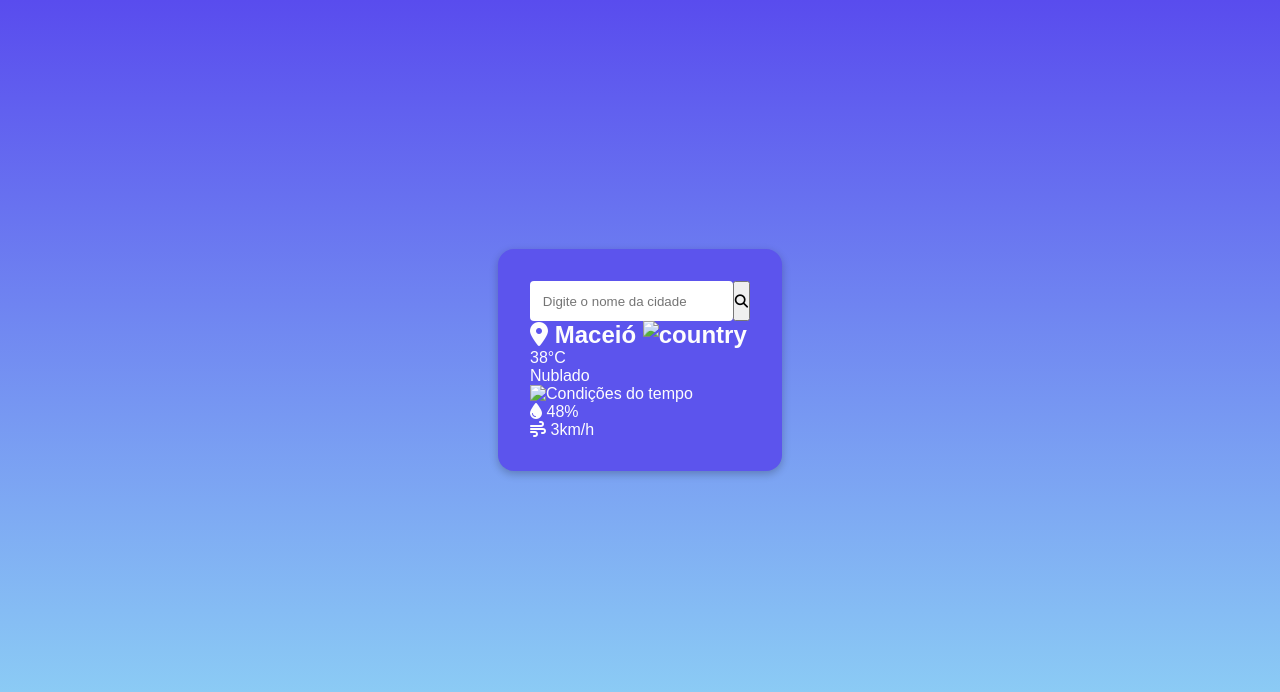
Repository: eziocdl/Weather--API
Page: index.html
The author's editor kept a copy of each file at every save. The page is drawn from the files as they stood at one save, then again after the next save.
The browser window is 1280 px wide. The pictures show the whole page.

Above is the page before, as saved 2023-06-19 15:52:28.

After the next save:
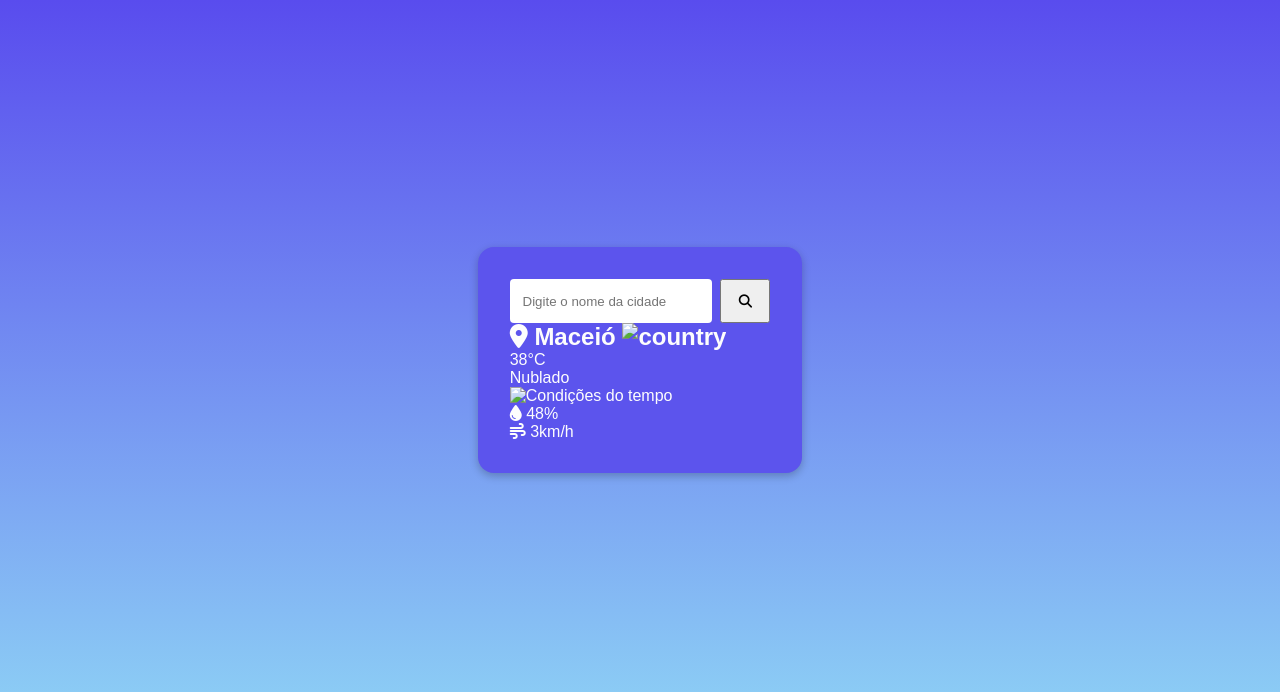
Saved 75 s later.
--- a/css/styles.css
+++ b/css/styles.css
@@ -40,3 +40,9 @@ body {
     flex: 1;
     border-radius: 4px;
 }
+
+.form button {
+    padding: 0.8rem;
+    min-width: 50px;
+    margin-left: 8px
+}
